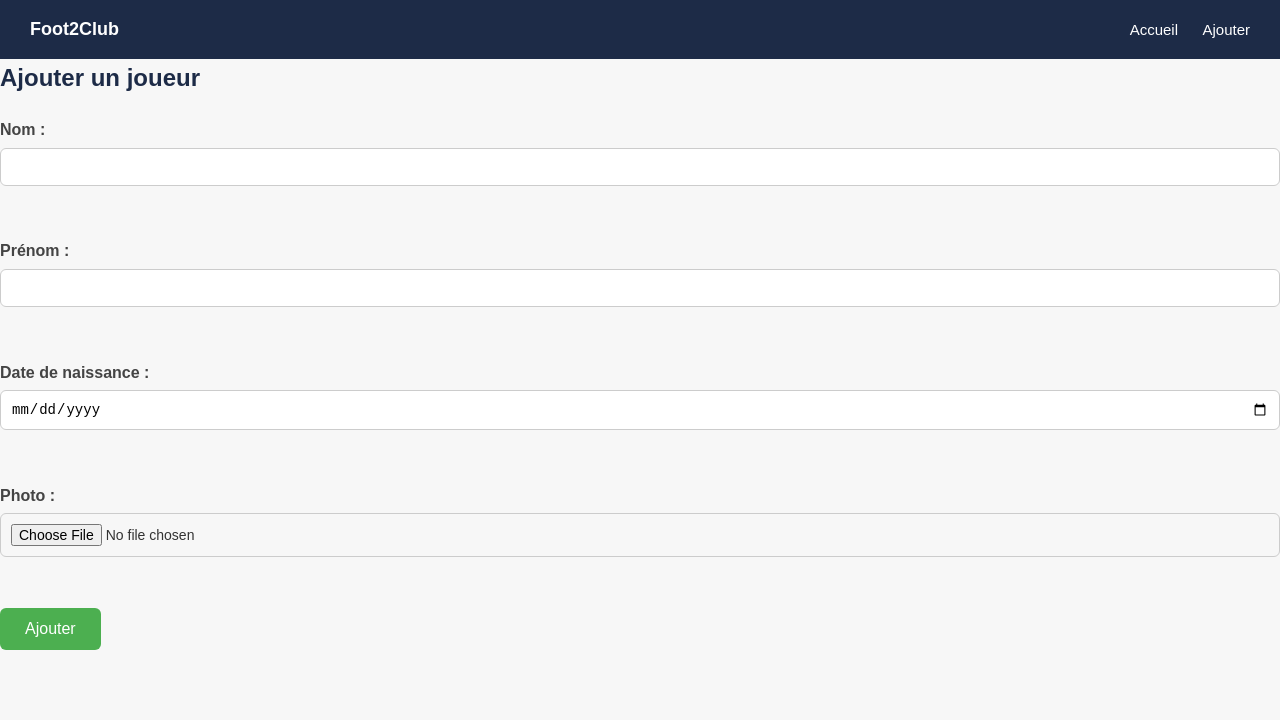
Repository: Valentin-Godard/Foot-2-Club
Page: http://localhost/ajouterUnJoueur.php
The author's editor kept a copy of each file at every save. The page is drawn from the files as they stood at one save, then again after a run of saves.
The browser window is 1280 px wide. The pictures show the whole page.
The page is run by PHP 8.4 with error messages shown; the project is at /var/www/html/.

Above is the page before, as saved 2025-09-29 09:03:12.

### ajouterUnJoueur.php
<?php
require_once "joueur.php";
require_once "includes/database.php";
require_once "includes/header.php";

if ($_SERVER["REQUEST_METHOD"] === "POST") {
    $nom = $_POST["nom"];
    $prenom = $_POST["prenom"];
    $dateNaissance = new DateTime($_POST["date_naissance"]);
    $photo = $_FILES["photo"]["name"]; // on récupère juste le nom du fichier pour l’instant

    // Création de l’objet joueur
    $joueur = new Joueur($nom, $prenom, $dateNaissance, $photo);

    $stmt = $pdo->prepare("INSERT INTO joueurs (nom, prenom, date_naissance, photo) VALUES (?, ?, ?, ?)");
    $stmt->execute([
        $joueur->getNom(),
        $joueur->getPrenom(),
        $joueur->getBirthdate()->format("Y-m-d"),
        $joueur->getImage()
    ]);

    echo "<pre>";
    var_dump($joueur);
    echo "</pre>";
}
?>

<!DOCTYPE html>
<html lang="fr">
<head>
    <meta charset="UTF-8">
    <title>Ajouter un joueur</title>
</head>
<body>
    <h1>Ajouter un joueur</h1>
    <form method="POST" enctype="multipart/form-data">
        <label>Nom :</label>
        <input type="text" name="nom" required><br><br>

        <label>Prénom :</label>
        <input type="text" name="prenom" required><br><br>

        <label>Date de naissance :</label>
        <input type="date" name="date_naissance" required><br><br>

        <label>Photo :</label>
        <input type="file" name="photo" accept="image/*" required><br><br>

        <button type="submit">Ajouter</button>
    </form>
</body>
</html>

### joueur.php

<?php

class joueur{
    private string $prenom;
    private string $nom;
    private DateTime $birthdate;
    private string $image;

    public function __construct(string  $prenom, string $nom, DateTime $birthdate, string $image  ) {
        $this->prenom = $prenom;
        $this->nom = $nom;
        $this->birthdate = $birthdate;
        $this->image= $image;

    }

    //suivre : https://www.php.net/manual/fr/pdostatement.execute.php
    public function save(): void {
        global $pdo;
        $stmt = $pdo->prepare("INSERT INTO joueurs (nom, prenom, date_naissance, photo) VALUES (?, ?, ?, ?)");
        $stmt->execute([
            $this->nom,
            $this->prenom,
            $this->birthdate->format("Y-m-d"),
            $this->image
        ]);
    }

    // Getter et Setter pour prénom
    public function getPrenom(): string {
        return $this->prenom;
    }

    public function setPrenom(string $prenom): void {
        $this->prenom = $prenom;
    }

    // Getter et Setter pour nom
    public function getNom(): string {
        return $this->nom;
    }

    public function setNom(string $nom): void {
        $this->nom = $nom;
    }

    // Getter et Setter pour birthdate
    public function getBirthdate(): DateTime {
        return $this->birthdate;
    }

    public function setBirthdate(DateTime $birthdate): void {
        $this->birthdate = $birthdate;
    }

    public function getImage(): string {
        return $this->image;
    }

    public function setImage(string $image): void {
        $this->image = $image;
    }
}

/*
$j1 = new Joueur("Kylian", "Mbappé", new DateTime("1998-12-20"), "mbappe.jpg");
$j2 = new Joueur("Antoine", "Griezmann", new DateTime("1991-03-21"), "griezmann.jpg");
$j3 = new Joueur("Ousmane", "Dembélé", new DateTime("1997-05-15"), "dembele.jpg");
*/

### includes/database.php
<?php

$user = "root";
$pass = "";
$dbName = "footclub";

try {
	$connexion = new \PDO("mysql:host=127.0.0.1;dbname=$dbName;charset=UTF8", $user, $pass);
} catch (\Exception $exception) {
	echo 'Erreur lors de la connexion à la base de données.<br>';
	echo $exception->getMessage();
	exit;
}

### includes/header.php
<!DOCTYPE html>
<html lang="fr">
<head>
    <meta charset="UTF-8">
    <title>Foot2Club</title>
    <link rel="stylesheet" href="style.css">
</head>
<body>

<header>
    <div><strong>Foot2Club</strong></div>
    <nav>
        <a href="index.php">Accueil</a>
        <a href="newProduit.php">Ajouter</a>
    </nav>
</header>

### style.css
* {
    margin: 0;
    padding: 0;
    box-sizing: border-box;
}

body {
    font-family: Arial, sans-serif;
    background-color: #f7f7f7;
    color: #333;
    line-height: 1.6;
}

/* Header */
header {
    background-color: #1d2b47;
    color: white;
    padding: 15px 30px;
    display: flex;
    justify-content: space-between;
    align-items: center;
}

header div {
    font-size: 18px;
    font-weight: bold;
}

header nav a {
    color: white;
    margin-left: 20px;
    text-decoration: none;
    font-size: 15px;
    transition: color 0.2s ease-in-out;
}

header nav a:hover {
    color: #00d1b2;
}

/* Conteneur principal */
.container {
    width: 80%;
    max-width: 900px;
    margin: 40px auto;
    background: white;
    padding: 30px;
    border-radius: 10px;
    box-shadow: 0 4px 6px rgba(0,0,0,0.1);
}

/* Titres */
h1 {
    margin-bottom: 20px;
    font-size: 24px;
    color: #1d2b47;
}

/* Labels et champs */
label {
    display: block;
    margin: 12px 0 5px;
    font-weight: bold;
    color: #444;
}

input, select, textarea {
    width: 100%;
    padding: 10px;
    border: 1px solid #ccc;
    border-radius: 6px;
    margin-bottom: 15px;
    font-size: 14px;
}

textarea {
    resize: vertical;
    min-height: 100px;
}

/* Bouton */
button {
    background: #4CAF50;
    color: white;
    border: none;
    padding: 12px 25px;
    margin-top: 10px;
    cursor: pointer;
    border-radius: 6px;
    font-size: 16px;
    transition: background 0.3s ease-in-out;
}


/* Footer */
footer {
    margin-bottom: 0;
    background: #1d2b47;
    color: white;
    padding: 20px 30px;
    display: flex;
    justify-content: space-between;
    align-items: center;
    margin-top: 40px;
}

footer a {
    color: #00d1b2;
    text-decoration: none;
}

footer a:hover {
    text-decoration: underline;
}

After the next 2 saves:
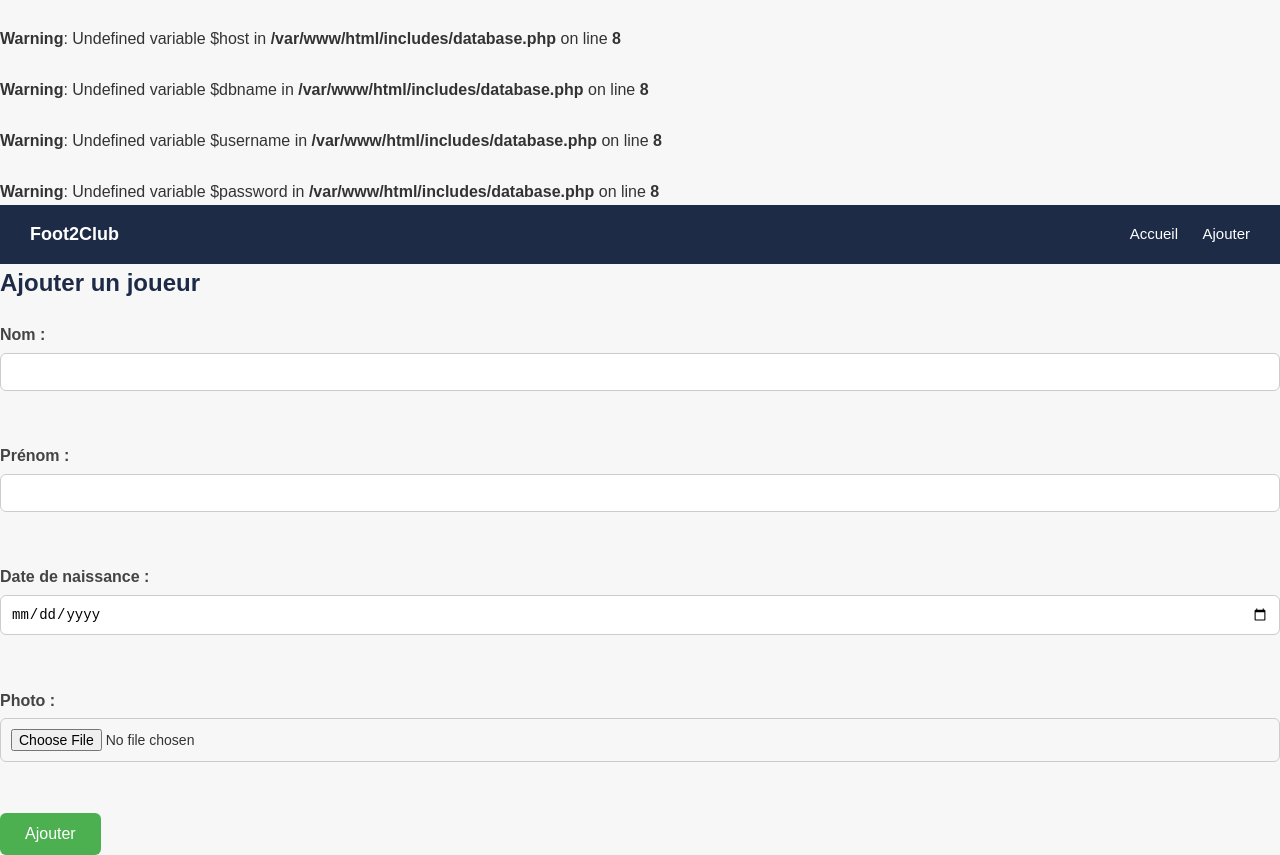
The 2 saves are shown as one change because they came seconds apart.
The last was saved 2 min 53 s later.
--- a/includes/database.php
+++ b/includes/database.php
@@ -5,9 +5,8 @@
 $dbName = "footclub";
 
 try {
-	$connexion = new \PDO("mysql:host=127.0.0.1;dbname=$dbName;charset=UTF8", $user, $pass);
-} catch (\Exception $exception) {
-	echo 'Erreur lors de la connexion à la base de données.<br>';
-	echo $exception->getMessage();
-	exit;
+    $pdo = new PDO("mysql:host=$host;dbname=$dbname;charset=utf8", $username, $password);
+    $pdo->setAttribute(PDO::ATTR_ERRMODE, PDO::ERRMODE_EXCEPTION);
+} catch (PDOException $e) {
+    die("Erreur de connexion : " . $e->getMessage());
 }

After the save that followed:
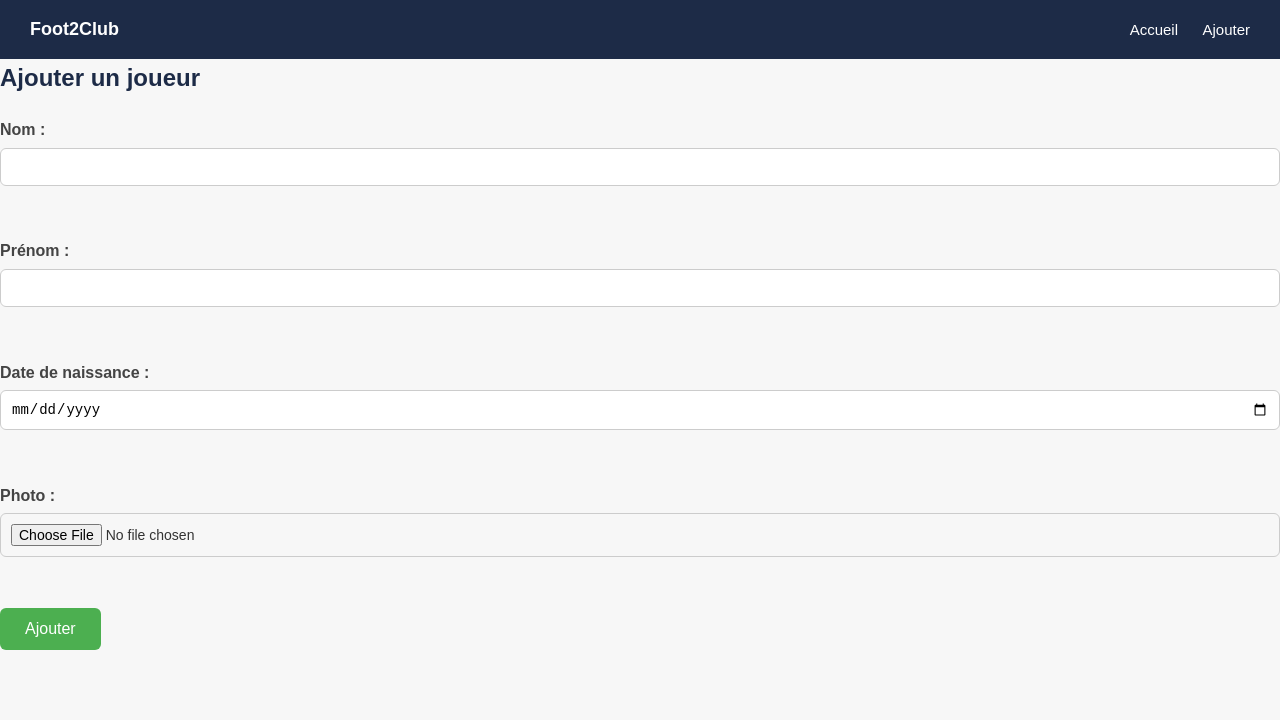
Saved 4 min 48 s later.
--- a/includes/database.php
+++ b/includes/database.php
@@ -1,8 +1,8 @@
 <?php
-
-$user = "root";
-$pass = "";
-$dbName = "footclub";
+$host = "localhost";
+$dbname = "footclub";
+$username = "root";
+$password = "";
 
 try {
     $pdo = new PDO("mysql:host=$host;dbname=$dbname;charset=utf8", $username, $password);
